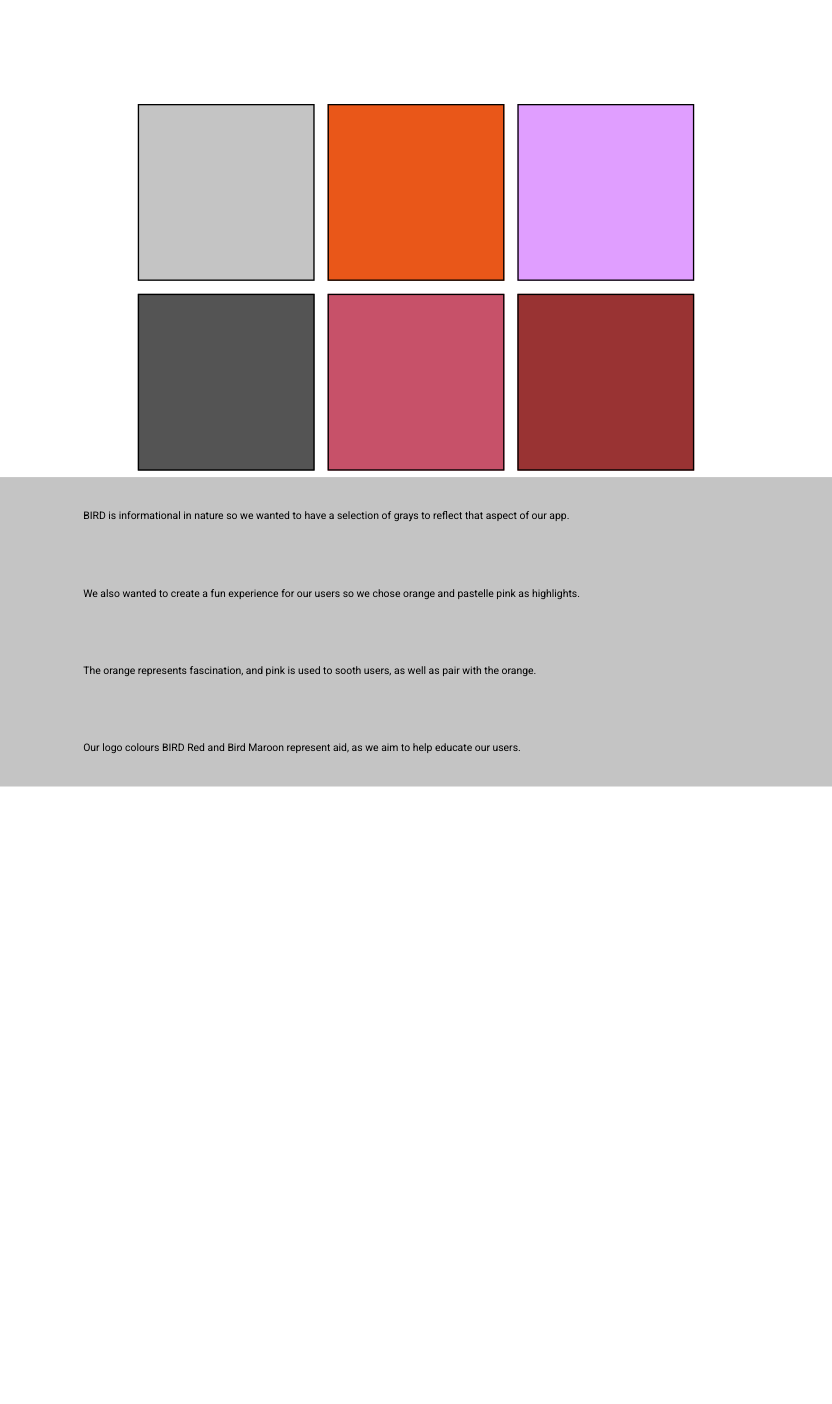
Repository: Levic559/bird-styleguide
Page: color/index.html
These files come from the project's save history. The page is drawn as it stood at one moment and after the next save; the edit follows.
The browser window is 1280 px wide. The pictures show the whole page, at 65% of full size.

Above is the page before, as saved 2021-03-22 03:14:35.
Console error: ReferenceError: LogoUI is not defined

After the next save:
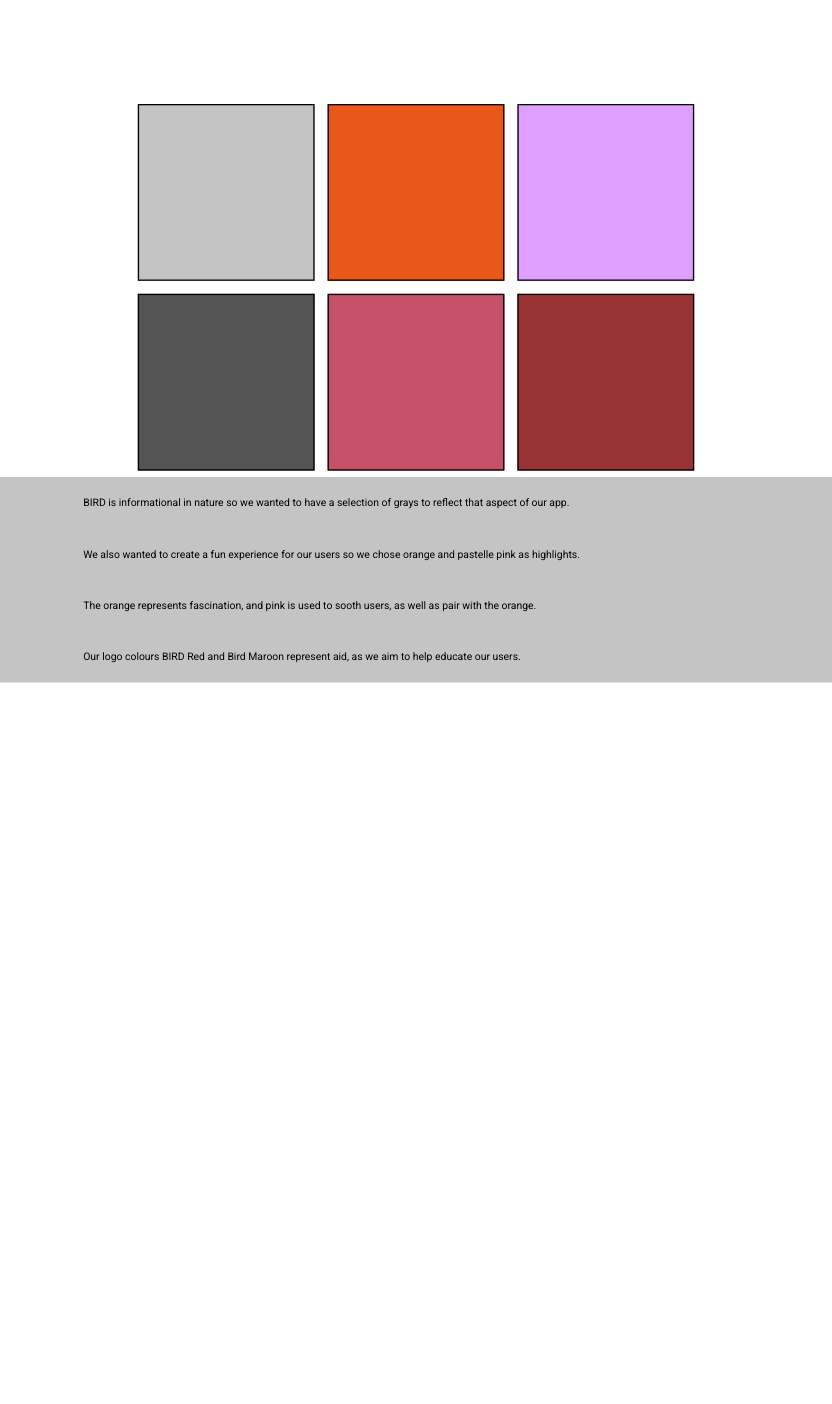
Saved 8 s later.
--- a/color/style.css
+++ b/color/style.css
@@ -98,5 +98,5 @@
     width: 80%;
     font-family: Roboto;
     color: black;
-    margin: 50px;
+    margin: 30px;
 }
